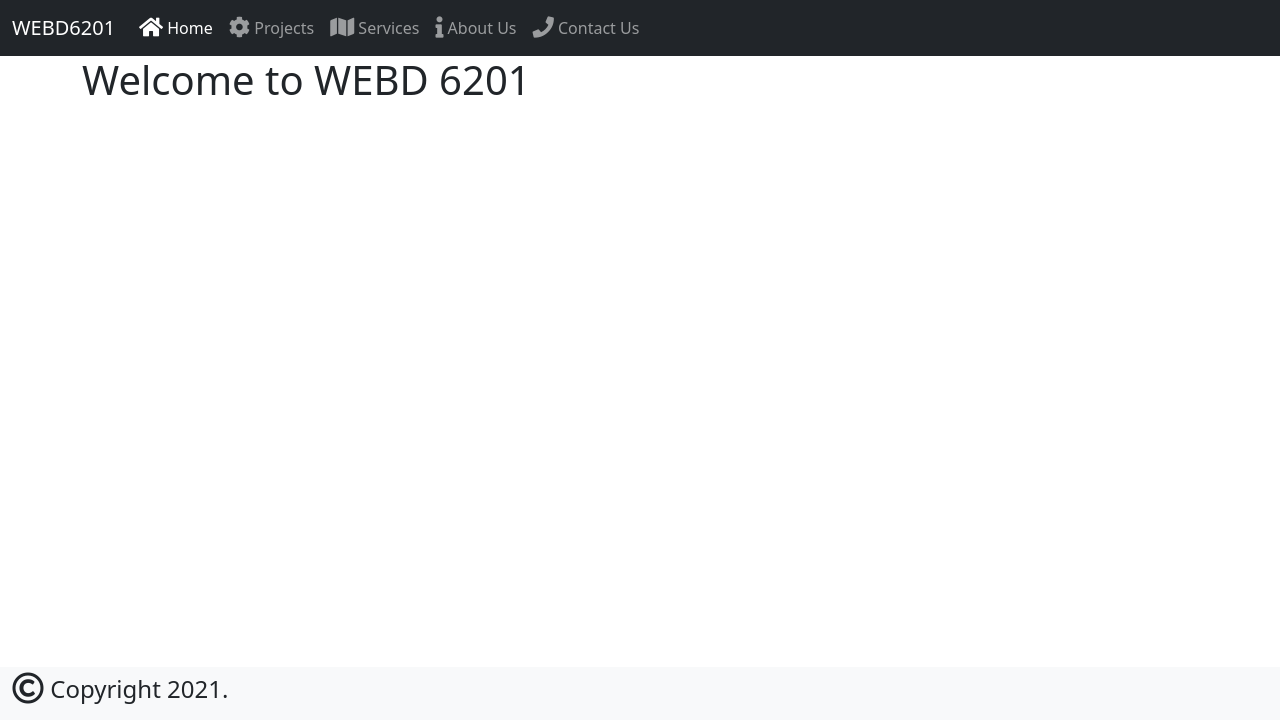
Repository: Sub4Sub/Lab_1
Page: index.html
The author's editor kept a copy of each file at every save. The page is drawn from the files as they stood at one save, then again after the next save.
The browser window is 1280 px wide. The pictures show the whole page.

Above is the page before, as saved 2021-02-03 18:19:24.

### index.html
<!DOCTYPE html>
<html lang="en">
<head>
    <meta charset="UTF-8">
    <meta name="viewport" content="width=device-width, initial-scale=1.0">
    <title>Home</title>
    <!-- CSS Section -->
    <link rel="stylesheet" href="./node_modules/bootstrap/dist/css/bootstrap.min.css">
    <link rel="stylesheet" href="./node_modules/@fortawesome/fontawesome-free/css/all.min.css">
    <link rel="stylesheet" href="./Content/app.css">
</head>
<body>
    <!-- Main Header -->
    <header>
        <!-- Main Navigation -->
        <nav class="navbar navbar-expand-lg navbar-dark bg-dark">
            <div class="container-fluid">
              <a class="navbar-brand" href="index.html">WEBD6201</a>
              <button class="navbar-toggler" type="button" data-bs-toggle="collapse" data-bs-target="#navbarSupportedContent" aria-controls="navbarSupportedContent" aria-expanded="false" aria-label="Toggle navigation">
                <span class="navbar-toggler-icon"></span>
              </button>
              <div class="collapse navbar-collapse" id="navbarSupportedContent">
                <ul class="navbar-nav me-auto mb-2 mb-lg-0">
                  <li class="nav-item">
                    <a class="nav-link active" aria-current="page" href="index.html"><i class="fas fa-home fa-lg"></i> Home</a>
                  </li>

                  <li class="nav-item">
                    <a class="nav-link" aria-current="page" href="projects.html"><i class="fas fa-cog fa-lg"></i> Projects</a>
                  </li>

                  <li class="nav-item">
                    <a class="nav-link" aria-current="page" href="services.html"><i class="fas fa-map fa-lg"></i> Services</a>
                  </li>

                  <li class="nav-item">
                    <a class="nav-link" aria-current="page" href="about.html"><i class="fas fa-info fa-lg"></i> About Us</a>
                  </li>

                  <li class="nav-item">
                    <a class="nav-link" aria-current="page" href="contact.html"><i class="fas fa-phone fa-lg"></i> Contact Us</a>
                  </li>
                </ul>
              </div>
            </div>
          </nav>
    </header>

    <!-- Main Content -->
    <main class="container">
        <h1>Welcome to WEBD 6201</h1>
        <p id="paragraphOne"></p>
    </main>

    <!-- Main Footer -->
    <footer>
        <nav class="navbar fixed-bottom navbar-light bg-light">
            <div class="container-fluid">
              <h4><i class="far fa-copyright fa-lg"></i> Copyright 2021.</h4>
            </div>
          </nav>
    </footer>

    <!-- Script Section-->
    <script src="./node_modules/jquery/dist/jquery.min.js"></script>
    <script src="./node_modules/bootstrap/dist/js/bootstrap.bundle.min.js"></script>
    <script src="./Scripts/app.js"></script>
</body>
</html>

### Scripts/app.js

"use strict";


(function()
{

    function displayHome()
    {
        let paragraphOneText =
          "This is a simple site to demonstrate DOM Manipulation for ICE 1";

          let paragraphOneElement = document.getElementById("paragraphOne");

    }

    function Start()
    {
        console.log("App Started...");

        switch (document.title)
        {
          case "Home":
              displayHome();
            break;
          case "About":
              displayAbout();
            break;
          case "Projects":
              displayProjects();
            break;
          case "Services":
              displayServices();
            break;
          case "Contact":
              displayContact();
            break;
        }

    }

    window.addEventListener("load", Start);

})();

Loaded but not shown: node_modules/bootstrap/dist/css/bootstrap.min.css (library); node_modules/@fortawesome/fontawesome-free/css/all.min.css (library); node_modules/jquery/dist/jquery.min.js (library); node_modules/bootstrap/dist/js/bootstrap.bundle.min.js (library); Content/app.css (no stored copy; drawn as an empty file)

After the next save:
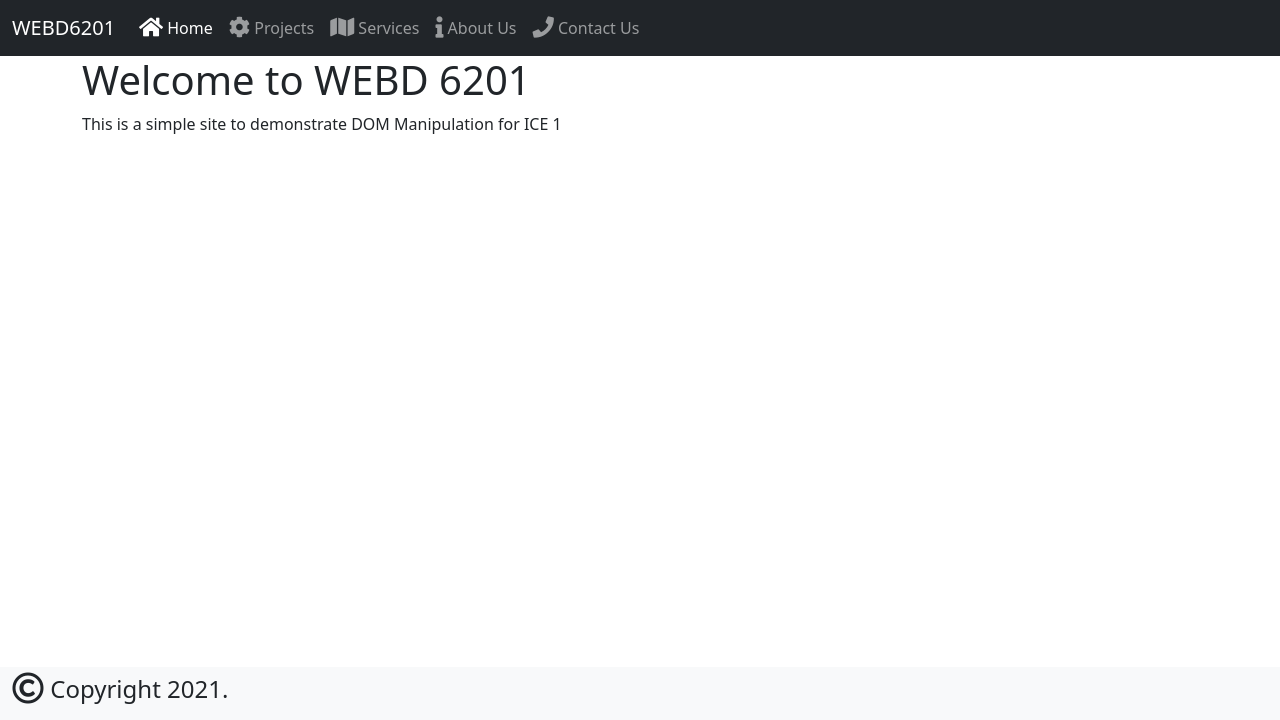
Saved 9 s later.
--- a/Scripts/app.js
+++ b/Scripts/app.js
@@ -12,6 +12,7 @@
 
           let paragraphOneElement = document.getElementById("paragraphOne");
 
+        paragraphOneElement.textContent = paragraphOneText;
     }
 
     function Start()
